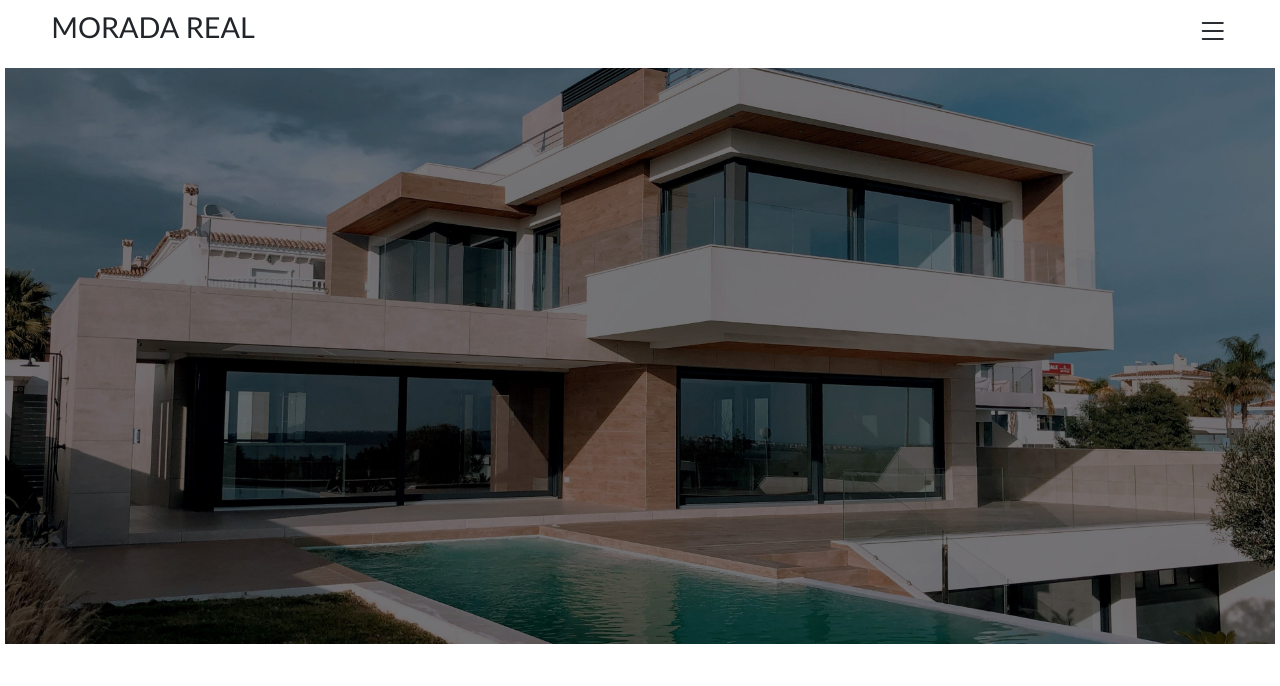
Repository: Mattyns/moradareal
Page: index.html
These files come from the project's save history. The page is drawn as it stood at one moment and after the next save; the edit follows.
The browser window is 1280 px wide. The pictures show the whole page.

Above is the page before, as saved 2025-07-10 17:43:33.

### index.html
<!DOCTYPE html>
<html lang="pt-br">
    <head>
        <meta charset="UTF-8" />
        <meta name="viewport" content="width=device-width, initial-scale=1.0" />
        <title>Morada Real</title>
        <link
            rel="stylesheet"
            href="https://cdnjs.cloudflare.com/ajax/libs/animate.css/4.1.1/animate.min.css"
        />
        <link
            href="https://cdn.jsdelivr.net/npm/bootstrap@5/dist/css/bootstrap.min.css"
            rel="stylesheet"
            integrity="sha384-QWTKZyjpPEjISv5WaRU9OFeRpok6YctnYmDr5pNlyT2bRjXh0JMhjY6hW+ALEwIH"
            crossorigin="anonymous"
        />
        <link
            rel="stylesheet"
            href="https://cdn.jsdelivr.net/npm/bootstrap-icons@1.11.3/font/bootstrap-icons.min.css"
        />
        <link rel="stylesheet" href="style/style.css" />
    </head>
    <body>
        <header class="header__container">

            <h1 class="logo__text">MORADA REAL</h1> <i class="bi-list menu__list"></i>
        </header>

        <main>
            <section class="contrast">

            </section>
        </main>
    </body>
</html>

### style/style.css
@charset "UTF-8";

:root {
    --preto:black;
    --branco:white;
}

* {
    margin: 0px;
    padding: 0px;
    box-sizing: border-box;
}

.header__container {
    display: flex;
    height: 20%;
    width: 100%;
    background-color: var(--branco);
    align-items: center;
    padding-top: 10px;
    padding-bottom: 10px;
}

.logo__text {
    margin-left: 4%;
    font-size: 180%;
    font-family: 'Trebuchet MS', 'Lucida Sans Unicode', 'Lucida Grande', 'Lucida Sans', Arial, sans-serif;
}

.menu__list {
    font-size: 2em;
    position: absolute;
    right: 4%;
}

.contrast {
    background-image: url(../img/webaliser.jpg);
    background-size: cover;
    background-position: right;
    height: 80vh;
    margin: 5px;

}

After the next save:
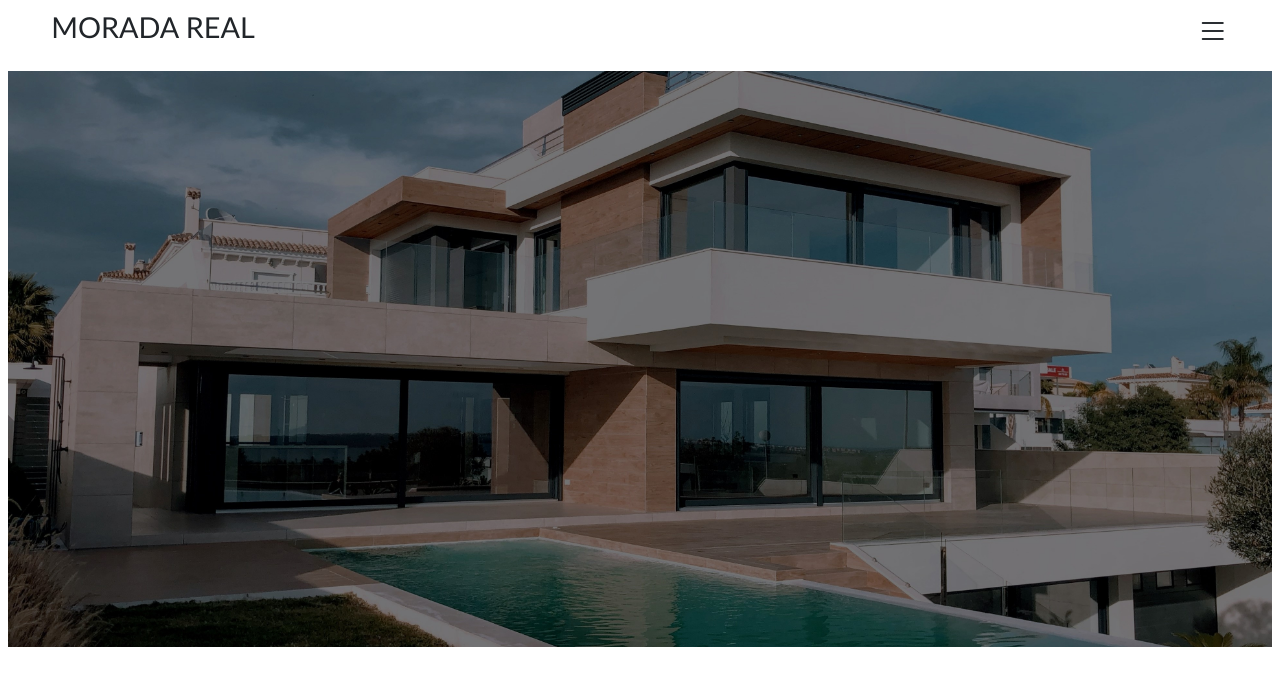
Saved 17 s later.
--- a/style/style.css
+++ b/style/style.css
@@ -38,6 +38,6 @@
     background-size: cover;
     background-position: right;
     height: 80vh;
-    margin: 5px;
+    margin: 8px;
 
 }
